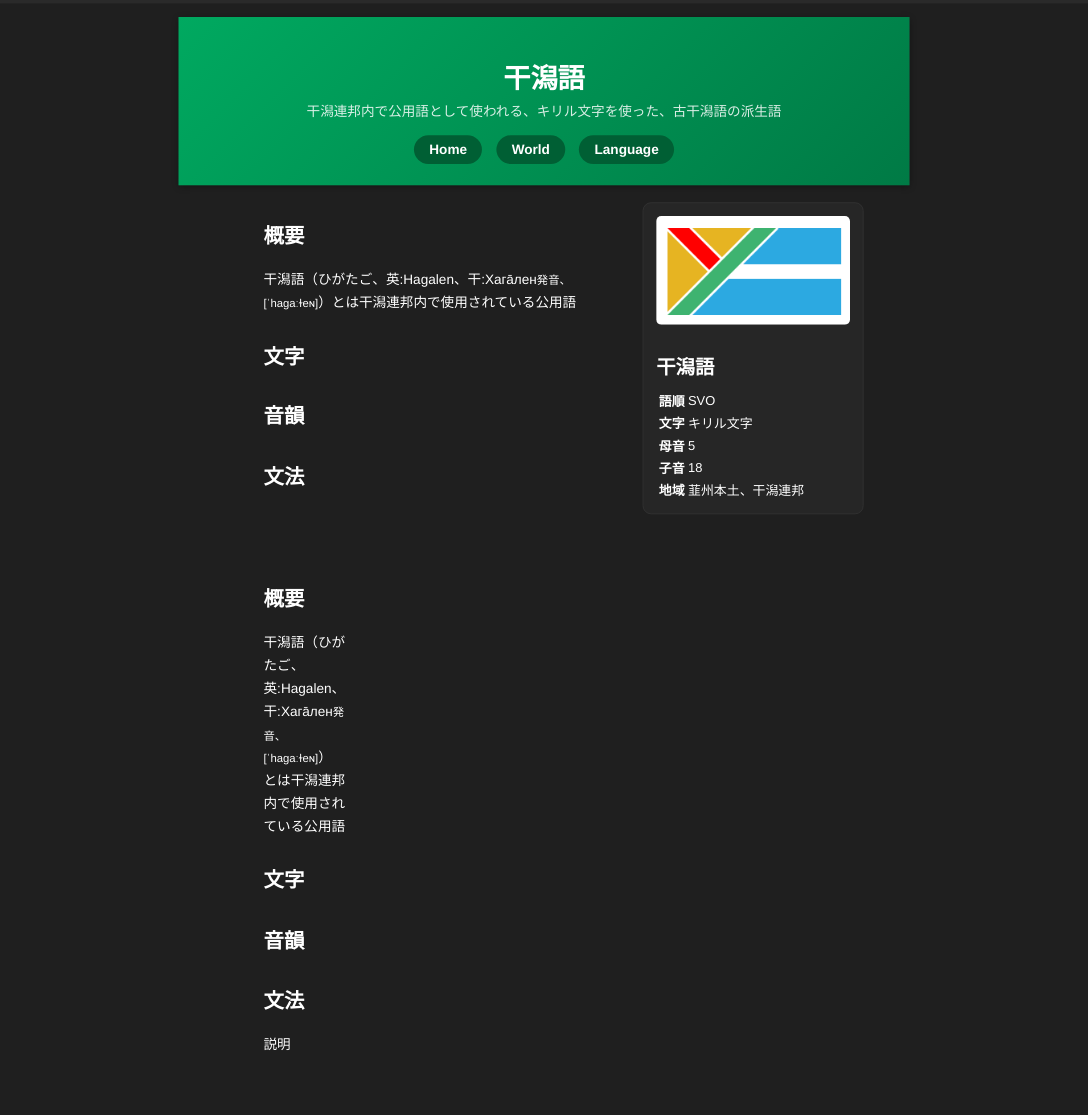
Repository: Player5270-antake/Player5270-antake.github.io
Page: language/hagalen/index.html
An editor plug-in stored every save of this project. The page is shown before and after the next save, followed by the edit.
The browser window is 1280 px wide. The pictures show the whole page, at 85% of full size.

Above is the page before, as saved 2026-03-08 17:57:07.

After the next save:
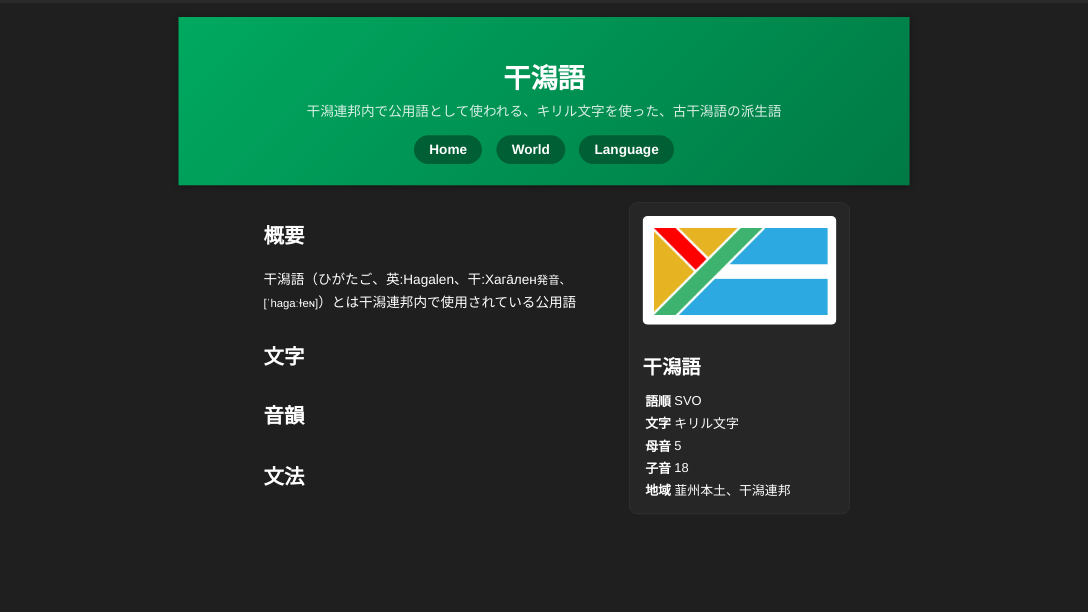
Saved 20 s later.
--- a/language/hagalen/index.html
+++ b/language/hagalen/index.html
@@ -92,33 +92,8 @@
                 <th>地域</th>
                 <td>韮州本土、干潟連邦</td>
                 </tr>
-
                 </table>
             </aside>
-            <div class="page-layout">
-                <article class="article">
-                <section id="overview">
-                <h2>概要</h2>
-                <p>干潟語（ひがたご、英:Hagalen、干:Хага̄лен<small>発音、[ˈhaɡaːɫeɴ]</small>）とは干潟連邦内で使用されている公用語</p>
-                </section>
-
-                <section id="character">
-                    <h2>文字</h2>
-                    <p></p>
-                </section>
-
-                <section id="phonology">
-                <h2>音韻</h2>
-                <p></p>
-                </section>
-
-                <section id="grammar">
-                <h2>文法</h2>
-                <p>説明</p>
-                </section>
-
-                </article>
-                </div>
         </main>
     </div>
     <script src="../../javascript/toc.js" defer></script>
